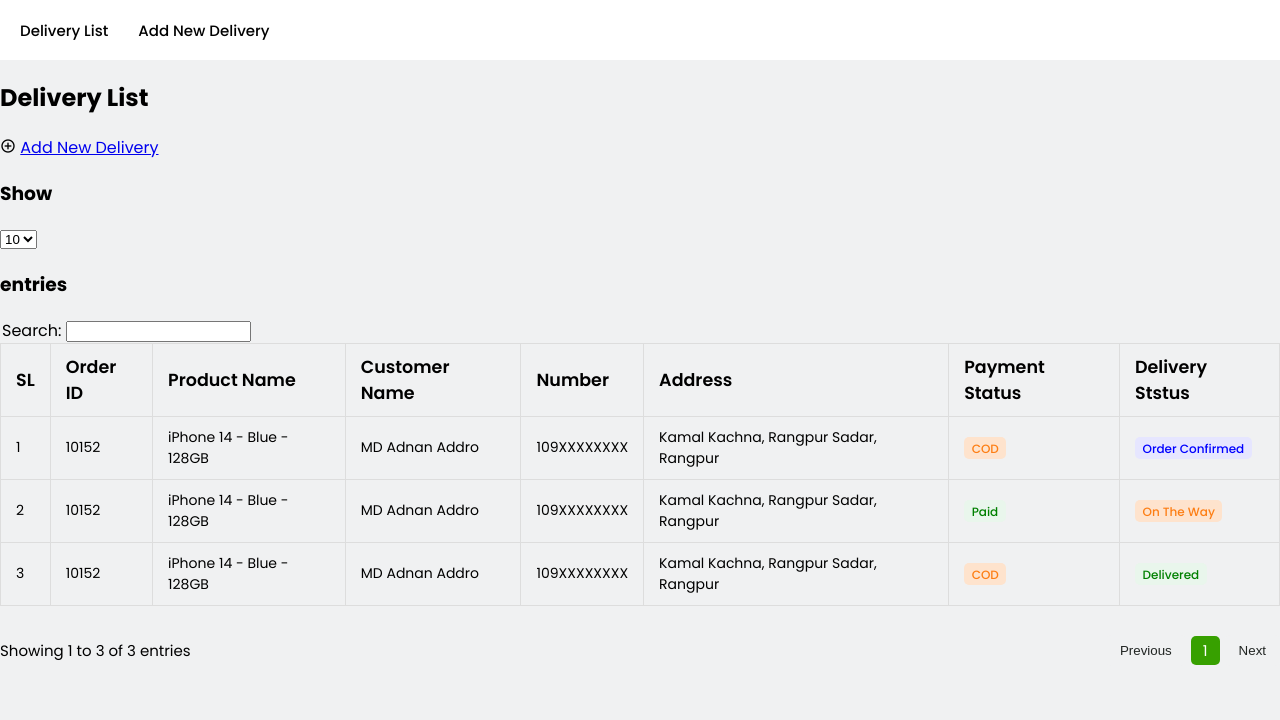
Repository: codebyaddro/delivery-page
Page: delivery.html
The author's editor kept a copy of each file at every save. The page is drawn from the files as they stood at one save, then again after a run of saves.
The browser window is 1280 px wide. The pictures show the whole page.

Above is the page before, as saved 2025-02-27 14:33:58.

### delivery.html
<!DOCTYPE html>
<html lang="en">
<head>
    <meta charset="UTF-8">
    <meta name="viewport" content="width=device-width, initial-scale=1.0">
    <link rel="stylesheet" href="/delivery.css">
    <link href='https://unpkg.com/boxicons@2.1.4/css/boxicons.min.css' rel='stylesheet'>
    <title>Document</title>
</head>
<body>
    <div class="cba-delivery-container">
        <div class="top-menus">
            <ul>
                <li><a href="/index.html" class="cba-delivery-active-menu">Delivery List</a></li>
                <li><a href="/inner-page/html/anb.html" class="cba-delivery-light-up">Add New Delivery</a></li>
            </ul>
        </div>
        <div class="cba-delivery-list-container">
            <div class="cba-delivery-heading-add-new-btn">
                <div class="cba-delivery-heading">
                    <h2>Delivery List</h2>
                </div>
                <div class="cba-delivery-add-new-btn">
                    <i class='cba-delivery-add-icon bx bx-plus-circle'></i>
                    <a href="/inner-page/html/anb.html">Add New Delivery</a>
                </div>
            </div>
            <div class="cba-delivery-list-short-dpdwn-search-box">
                <div class="cba-delivery-list-short-dpdwn">
                    <h3>Show</h3>
                    <select name="10" id="">
                        <option value="">10</option>
                        <option value="">20</option>
                        <option value="">30</option>
                        <option value="">All</option>
                    </select>
                    <h3>entries</h3>
                </div>
                <div class="cba-delivery-search-box">
                    <legend>Search: <input type="text"></legend>
                </div>
            </div>
            <div class="cba-delivery-table-list">
                <table>
                    <thead>
                        <tr>
                            <th title="SL">SL</th>
                            <th title="Code">Order ID</th>
                            <th title="Code">Product Name</th>
                            <th title="Code">Customer Name</th>
                            <th title="Category Name">Number</th>
                            <th title="Category Name">Address</th>
                            <th title="Status">Payment Status</th>
                            <th title="Action">Delivery Ststus</th>
                        </tr>
                    </thead>
                    <tbody>
                        <tr>
                            <td>1</td>
                            <td>10152</td>
                            <td>iPhone 14 - Blue - 128GB</td>
                            <td>MD Adnan Addro</td>
                            <td>109XXXXXXXX</td>
                            <td>Kamal Kachna, Rangpur Sadar, Rangpur</td>
                            <td><span class="ps-cod">COD</span></td>
                            <td><span class="ds-ocon">Order Confirmed</span></td>
                        </tr>
                        <tr>
                            <td>2</td>
                            <td>10152</td>
                            <td>iPhone 14 - Blue - 128GB</td>
                            <td>MD Adnan Addro</td>
                            <td>109XXXXXXXX</td>
                            <td>Kamal Kachna, Rangpur Sadar, Rangpur</td>
                            <td><span class="ps-paid">Paid</span></td>
                            <td><span class="ds-otw">On The Way</span></td>
                        </tr>
                        <tr>
                            <td>3</td>
                            <td>10152</td>
                            <td>iPhone 14 - Blue - 128GB</td>
                            <td>MD Adnan Addro</td>
                            <td>109XXXXXXXX</td>
                            <td>Kamal Kachna, Rangpur Sadar, Rangpur</td>
                            <td><span class="ps-cod">COD</span></td>
                            <td><span class="ds-deld">Delivered</span></td>
                        </tr>
                    </tbody>
                </table>
            </div>
            <div class="entries-details-list-page-btn">
                <div class="entries-details">
                    Showing <span>1</span> to <span>3</span> of <span>3</span> entries
                </div>
                <div class="list-page-btn">
                    <button>Previous</button>
                    <h4><span>1</span></h4>
                    <button>Next</button>
                </div>
            </div>
        </div>
    </div>
</body>
</html>

### delivery.css
/* -- fonts -- */
@import url('https://fonts.googleapis.com/css2?family=Poppins:ital,wght@0,100;0,200;0,300;0,400;0,500;0,600;0,700;0,800;0,900;1,100;1,200;1,300;1,400;1,500;1,600;1,700;1,800;1,900&family=Raleway:ital,wght@0,100..900;1,100..900&family=Roboto:ital,wght@0,100;0,300;0,400;0,500;0,700;0,900;1,100;1,300;1,400;1,500;1,700;1,900&family=VT323&display=swap');

/* -- root -- */

:root {
    --gray-white: #F0F1F2;
    --white: #FFFFFF;
    --black: #000000;
    --gray-black: #DDDDDD;
    --light-black: #212523;
    --light-black-op: #21252350;
    --main-green: #157343;
    --main-light: #37A000;
    --orange: #FD7E14;
    --lt-orange: #fee3cd;
    --green: #008000;
    --lt-green: #e9f6ec;
    --red: #FF0000;
    --light-red: #fbeaec;
    --blue: #0000ff;
    --lt-blue: #e6e6ff;
}

/* ---------- */

* {
    box-sizing: border-box;
}

body {
    margin: 0;
    padding: 0;
    font-family: "Poppins", serif;
    background-color: var(--gray-white);
}

::selection {
    color: var(--white);
    background-color: var(--main-light);
}

/* -- category container style -- */

.brand-container {
    width: 100%;
    margin-top: 25px;
}

/* -- top menus style--  */

.top-menus {
    background-color: var(--white);
    display: flex;
    justify-content: left;
    align-items: center;
    height: 60px;
    margin-bottom: 15px;
}

.top-menus ul {
    list-style-type: none;
    display: flex;
    gap: 30px;
    margin-left: -20px;
}

.top-menus ul li a {
    text-decoration: none;
    color: var(--black);
    font-size: 15px;
    font-weight: 500;
}

/* -- active menu style -- */

.active-menu {
    color: var(--white)!important;
    background-color: var(--main-green);
    padding: 8px 12px;
    border-radius: 5px;
}

/* -- menu hover style -- */

.light-up:hover {
    color: var(--orange);
}

/* -- list container style -- */

.list-container {
    background-color: var(--white);
    padding: 0px 20px;
}

/* -- heading-add-new-btn style -- */

.heading-add-new-btn {
    display: flex;
    justify-content: space-between;
    align-items: center;
    border-bottom: 1px solid var(--gray-black) ;
}

.heading h2 {
    color: var(--light-black);
    font-size: 25px;
    font-weight: 500;
}

/* -- add-new-btn style -- */

.add-new-btn {
    display: flex;
    gap: 5px;
    justify-content: baseline;
    align-items: center;
}

.add-new-btn {
    background-color: var(--main-green);
    padding: 5px 10px;
    border-radius: 5px;
}

.add-new-btn a {
    color: var(--white);
    text-decoration: none;
}

.add-icon {
    color: var(--white);
    font-size: 20px;
}

/* -- list-short-dpdwn-search-box style -- */

.list-short-dpdwn-search-box {
    display: flex;
    justify-content: space-between;
    align-items: center;
    padding: 10px 0px;
}

/* -- list-short-dpdwn style -- */

.list-short-dpdwn {
    display: flex;
    gap: 7.5px;
    align-items: center;
}

.list-short-dpdwn h3 {
    color: var(--light-black);
    font-size: 15px;
    font-weight: 500;
}

.list-short-dpdwn select {
    color: var(--light-black);
    appearance: none;
    height: 25px;
    width: 30px;
    padding-left: 6px;
    outline: none;
    border-radius: 2.5px;
}

/* -- search-box style -- */

.search-box {
    display: flex;
    align-items: center;
}

.search-box legend {
    color: var(--light-black);
}

.search-box input {
    outline: none;
    height: 25px;
    width: 193px;
    border: 1px solid var(--gray-black);
}

/* -- table-list style --*/

table {
    border-collapse: collapse;
    width: 100%;
}

/* -- thead style -- */

thead {
    cursor: pointer;
}

th, td {
    border: 1px solid var(--gray-black);
    padding: 10px 15px;
}

thead tr th {
    font-size: 17.5px;
    font-weight: 600;
    text-align: left;
}

tbody tr td {
    font-size: 14px;
}

tbody tr:hover {
    background-color: var(--gray-white);
}

/* -- tbody style -- */

/* payment status style */

.ps-paid {
    color: var(--green);
    background-color: var(--lt-green);
    font-size: 12px;
    font-weight: 500;
    padding: 2.5px 7.5px;
    border-radius: 5px;
}

.ps-cod {
    color: var(--orange);
    background-color: var(--lt-orange);
    font-size: 12px;
    font-weight: 500;
    padding: 2.5px 7.5px;
    border-radius: 5px;
}

/* delivery status style */

.ds-ocon {
    color: var(--blue);
    background-color: var(--lt-blue);
    font-size: 12px;
    font-weight: 500;
    padding: 2.5px 7.5px;
    border-radius: 5px;
}

.ds-otw {
    color: var(--orange);
    background-color: var(--lt-orange);
    font-size: 12px;
    font-weight: 500;
    padding: 2.5px 7.5px;
    border-radius: 5px;
}

.ds-deld {
    color: var(--green);
    background-color: var(--lt-green);
    font-size: 12px;
    font-weight: 500;
    padding: 2.5px 7.5px;
    border-radius: 5px;
}

/* -- action style -- */

.edit-icon {
    color: var(--green);
    background-color: var(--lt-green);
    padding: 7px 7px;
    margin-right: 2.5px;
    border: 1px solid var(--green);
    font-size: 20px;
}

.edit-icon:hover {
    background-color: var(--light-black-op);
}

.delete-icon {
    color: var(--red);
    background-color: var(--light-red);
    padding: 7px 7px;
    margin-left: 2.5px;
    border: 1px solid var(--red);
    font-size: 20px;
}

.delete-icon:hover {
    background-color: var(--light-black-op);
}

/* -- entries-details-list-page-btn style -- */

.entries-details-list-page-btn {
    display: flex;
    justify-content: space-between;
    align-items: center;
    padding: 10px 0px;
}

.entries-details {
    color: var(--black);
    font-size: 15px;
}

.list-page-btn {
    display: flex;
    gap: 5px;
    align-items: center;
}

.list-page-btn button {
    color: var(--light-black);
    background-color: var(--gray-white);
    padding: 8px 14px;
    border: none;
    border-radius: 5px;
    cursor: pointer;
}

.list-page-btn h4 {
    color: var(--white);
    background-color: var(--main-light);
    font-size: 15px;
    font-weight: 400;
    padding: 3px 12px;
    border-radius: 5px;
}

After the next 9 saves:
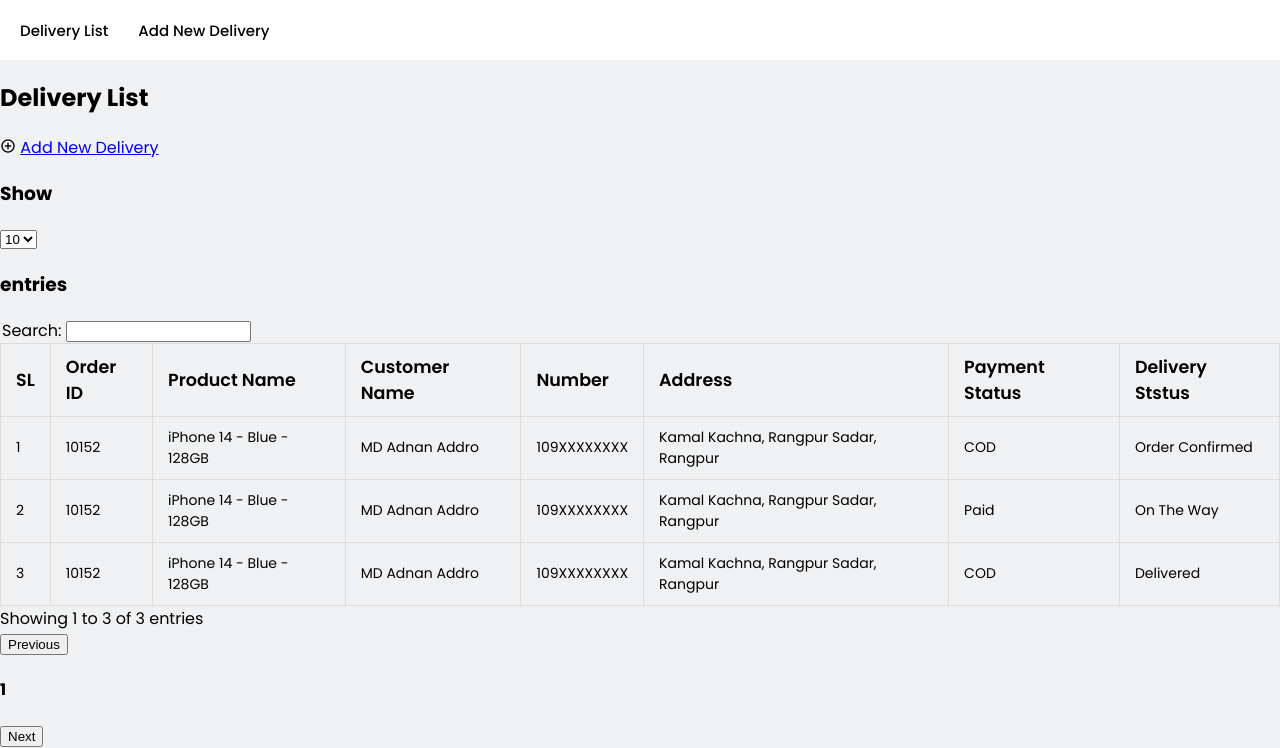
The 9 saves are shown as one change because they came seconds apart.
The last was saved 23 s later.
--- a/delivery.html
+++ b/delivery.html
@@ -62,8 +62,8 @@
                             <td>MD Adnan Addro</td>
                             <td>109XXXXXXXX</td>
                             <td>Kamal Kachna, Rangpur Sadar, Rangpur</td>
-                            <td><span class="ps-cod">COD</span></td>
-                            <td><span class="ds-ocon">Order Confirmed</span></td>
+                            <td><span class="cba-delivery-ps-cod">COD</span></td>
+                            <td><span class="cba-delivery-ds-ocon">Order Confirmed</span></td>
                         </tr>
                         <tr>
                             <td>2</td>
@@ -72,8 +72,8 @@
                             <td>MD Adnan Addro</td>
                             <td>109XXXXXXXX</td>
                             <td>Kamal Kachna, Rangpur Sadar, Rangpur</td>
-                            <td><span class="ps-paid">Paid</span></td>
-                            <td><span class="ds-otw">On The Way</span></td>
+                            <td><span class="cba-delivery-ps-paid">Paid</span></td>
+                            <td><span class="cba-delivery-ds-otw">On The Way</span></td>
                         </tr>
                         <tr>
                             <td>3</td>
@@ -82,17 +82,17 @@
                             <td>MD Adnan Addro</td>
                             <td>109XXXXXXXX</td>
                             <td>Kamal Kachna, Rangpur Sadar, Rangpur</td>
-                            <td><span class="ps-cod">COD</span></td>
-                            <td><span class="ds-deld">Delivered</span></td>
+                            <td><span class="cba-delivery-ps-cod">COD</span></td>
+                            <td><span class="cba-delivery-ds-deld">Delivered</span></td>
                         </tr>
                     </tbody>
                 </table>
             </div>
-            <div class="entries-details-list-page-btn">
-                <div class="entries-details">
+            <div class="cba-delivery-entries-details-list-page-btn">
+                <div class="cba-delivery-entries-details">
                     Showing <span>1</span> to <span>3</span> of <span>3</span> entries
                 </div>
-                <div class="list-page-btn">
+                <div class="cba-delivery-list-page-btn">
                     <button>Previous</button>
                     <h4><span>1</span></h4>
                     <button>Next</button>
